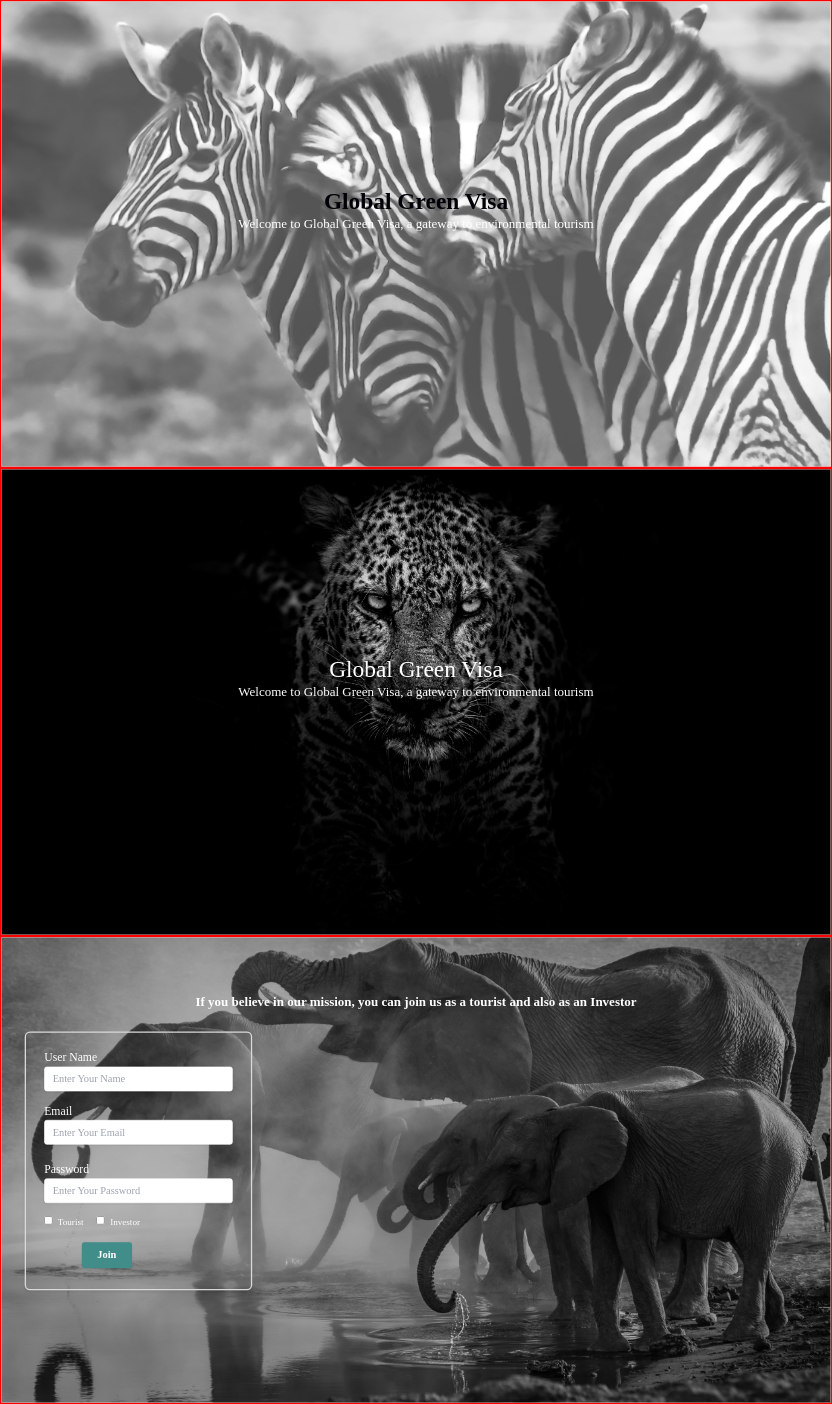
Repository: BrightonMboya/ggv-landingPage
Page: /
An editor plug-in stored every save of this project. The page is shown before and after the next save, followed by the edit.
The browser window is 1280 px wide. The pictures show the whole page, at 65% of full size.
The project was rebuilt for these pictures with package versions that can differ from the ones it lists, and the page was loaded fresh each time. The framework's server and built-in components were replaced by stand-ins that run in the browser. Also part of the build but not shown: next.config.js.

Above is the page before, as saved 2022-06-14 11:24:24.

### pages/index.js
import React from "react";
import styles from "../styles/Home.module.css";
import HomePage from "./HomePage";
import AboutUs from "./AboutUs";
import Contactus from "./Contactus";

// const index = () => {
//   return (
//     <React.Fragment>
//       <div className={`${styles.global} ${styles.container}`}>
//         <section className={`${styles.section}`}>
//           <HomePage />
//         </section>
//         <section className={`${styles.section}`}>
//           <AboutUs />
//         </section>
//         <section className={`${styles.section} ${styles.three}`}>
//           <Contactus />
//         </section>
//       </div>
//     </React.Fragment>
//   );
// };

const index = () => {
  return (
    <React.Fragment>
      {/* <div className={styles.global}>
        <div className={styles.container}>
          <section className={`${styles.section}`}>
            <HomePage />
          </section>
          <section className={`${styles.section} ${styles.two}`}>
            <AboutUs />
          </section>
          <section className={styles.section}>
            <Contactus />
          </section>
        </div>
      </div> */}

      <HomePage />
      <AboutUs />
      <Contactus />
    </React.Fragment>
  );
};

export default index;

### styles/globals.css
@tailwind base;
@tailwind components;
@tailwind utilities;

@layer base {
  html {
    font-family: Syne;
  }
}

### styles/Home.module.css
.global {
  margin: 0;
  padding: 0;
  box-sizing: border-box;
  font-family: "Syne";
  /* border: 2px solid yellow; */
}
.section {
  /* height: 100vh; */
  display: flex;
  justify-content: center;
  align-items: center;
  scroll-snap-align: start;
}

.container {
  scroll-snap-type: y mandatory;
  overflow-y: scroll;
  height: 100vh;
}

.bgWrap {
  position: fixed;
  /* height: 100vh; */
  /* min-height: 80vh; */
  width: 100vw;
  overflow: hidden;
  z-index: -1;
  height: 100vh;
}

.bg {
  /* max-width: 100%; */
  position: relative;
  /* opacity: 0.1; */
  background: linear-gradient(
    to bottom-right,
    rgba(0, 1, 7, 0.7),
    rgb(78, 77, 77, 0.7)
  );
  border: 2px solid red;
  /* height: 100vh; */
}

.content {
  display: inline-block;
  position: absolute;
  left: 50%;
  top: 45%;
  width: 100%;
  transform: translate(-50%, -50%);
}

@media (max-width: 480px) {
  .content p {
    margin: 0 auto;
    max-width: 400px;
  }
}

.two {
  background: rgb(211, 79, 79);
  background: linear-gradient(
      to bottom right,
      rgba(0, 1, 7, 0.7),
      rgb(78, 77, 77, 0.7)
    ),
    url("../public/about.jpg");
  background-size: cover;
  background-repeat: no-repeat;
  background-position: center;
  font-size: 45px;
  line-height: 65px;
  text-align: center;
  color: #ffffff;
}

### pages/HomePage.js
import React from "react";
import styled from "styled-components";
import Head from "next/head";
import styles from "../styles/Home.module.css";
import Image from "next/image";

const HomePage = () => {
  return (
    <div className="">
      <div className={`${styles.bgWrap} ${styles.bg}`}>
        <Image
          src="/home.jpg"
          layout="fill"
          // width={900}
          // height={800}
          objectFit="cover"
          quality={100}
          style={{ opacity: 0.7 }}
        />

        <div className={styles.content}>
          <h2 className="text-black lg:text-4xl text-center text-7xl font-semibold">
            Global Green Visa
          </h2>
          <p className="text-white lg:text-xl text-center text-2xl">
            Welcome to Global Green Visa, a gateway to environmental tourism
          </p>
        </div>
      </div>
    </div>
  );
};
export default HomePage;

// className="absolute lg:top-[50%] top-[6%]"
// className="lg:justify-center lg:items-center sm:h-0 lg:flex lg:h-[100vh]"

### pages/AboutUs.js
import Image from "next/image";
import styles from "../styles/Home.module.css";
import styled from "styled-components";
import Head from "next/head";
// import home from "./assets/home.jpg";

const AboutUs = () => {
  return (
    <div className={styles.global}>
      <div className={`${styles.bgWrap} ${styles.bg}`}>
        <Image
          src="/about.jpg"
          layout="fill"
          // width={900}
          // height={800}
          objectFit="cover"
          quality={100}
        />
        <div className={styles.content}>
          <h2 className="text-white lg:text-4xl text-center text-2xl">
            Global Green Visa
          </h2>
          <p className="text-white lg:text-xl text-center text-md">
            Welcome to Global Green Visa, a gateway to environmental tourism
          </p>
        </div>
      </div>
    </div>
  );
};
export default AboutUs;

### pages/Contactus.js
import React from "react";
import Image from "next/image";
import styles from "../styles/Home.module.css";
import { useState } from "react";

const Contactus = () => {
  const [enteredName, setEnteredName] = useState("");
  const [enteredPassword, setEnteredPassword] = useState("");
  const [enteredMessage, setEnteredMessage] = useState("");

  const nameChangeHandler = (event) => {
    setEnteredName(event.target.value);
  };

  const passwordChangeHandler = (event) => {
    setEnteredPassword(event.target.value);
  };

  const messageChangeHandler = (event) => {
    setEnteredMessage(event.target.value);
  };

  const submitHandler = (event) => {
    event.preventDefault();
  };
  return (
    <div className="">
      <div className={`${styles.bgWrap} ${styles.bg}`}>
        <Image
          src="/contact.jpg"
          layout="fill"
          // width={900}
          // height={800}
          objectFit="cover"
          quality={100}
        />
        <div className="flex items-center justify-center text-white">
          <div className={styles.content}>
            <h3 className="text-lg font-semibold md:text-xl text-center px-5">
              If you believe in our mission, you can join us as a tourist and
              also as an Investor
            </h3>
            <div className="max-w-xs md:max-w-[350px] ml-[5vh] mt-8 flex items-center justify-center">
              <form
                onSubmit={submitHandler}
                className="shadow-md rounded-lg px-7 pt-6 pb-8 mb-4 border-gray border-2"
              >
                <div className="mb-4">
                  <label className="text-lg">User Name</label>
                  <input
                    type="text"
                    value={enteredName}
                    onChange={nameChangeHandler}
                    placeholder="Enter Your Name"
                    className="shadow appearance-none border rounded w-full py-2 px-3 text-gray-700 leading-tight focus:outline-none focus:shadow-outline"
                  />
                </div>
                <div className="mb-6">
                  <label className="text-lg">Email</label>
                  <input
                    type="email"
                    className="shadow appearance-none border rounded w-full py-2 px-3 text-gray-700 leading-tight focus:outline-none focus:shadow-outline"
                    onChange={passwordChangeHandler}
                    placeholder="Enter Your Email"
                    value={enteredPassword}
                  />
                </div>

                <div>
                  <label className="text-lg">Password</label>
                  <input
                    type="text"
                    className="shadow appearance-none border rounded w-full py-2 px-3 text-gray-700 leading-tight focus:outline-none focus:shadow-outline"
                    placeholder="Enter Your Password"
                    value={enteredMessage}
                    onChange={messageChangeHandler}
                  />
                </div>
                <div className="flex items-center mt-4">
                  <div>
                    <input type="checkbox" className="mr-2 leading-tight" />
                    <span className="text-sm text-center">Tourist</span>
                  </div>
                  <div className="ml-5">
                    <input type="checkbox" className="mr-2 leading-tight" />
                    <span className="text-sm text-center">Investor</span>
                  </div>
                </div>

                <div className="mt-5 ml-[8vh]">
                  <button className="shadow bg-green focus:shadow-outline focus:outline-none text-white font-bold py-2 px-6 rounded">
                    Join
                  </button>
                </div>
              </form>
            </div>
          </div>
        </div>
      </div>
    </div>
  );
};

export default Contactus;

### tailwind.config.js
module.exports = {
  content: [
    "./pages/**/*.{js,ts,jsx,tsx}",
    "./components/**/*.{js,ts,jsx,tsx}"
  ],
  theme: {
    extend: {
      colors: {
        black: "#000107",
        slate: "#E3F1EF",
        green: "#418D89",
        gray: "#D9D9D9"
      },
      fontFamily: {
        Syne: ["Syne", "sans-serif"]
      }
    }
  },
  plugins: []
};

Loaded but not shown: pages/_app.js (common file)

After the next save:
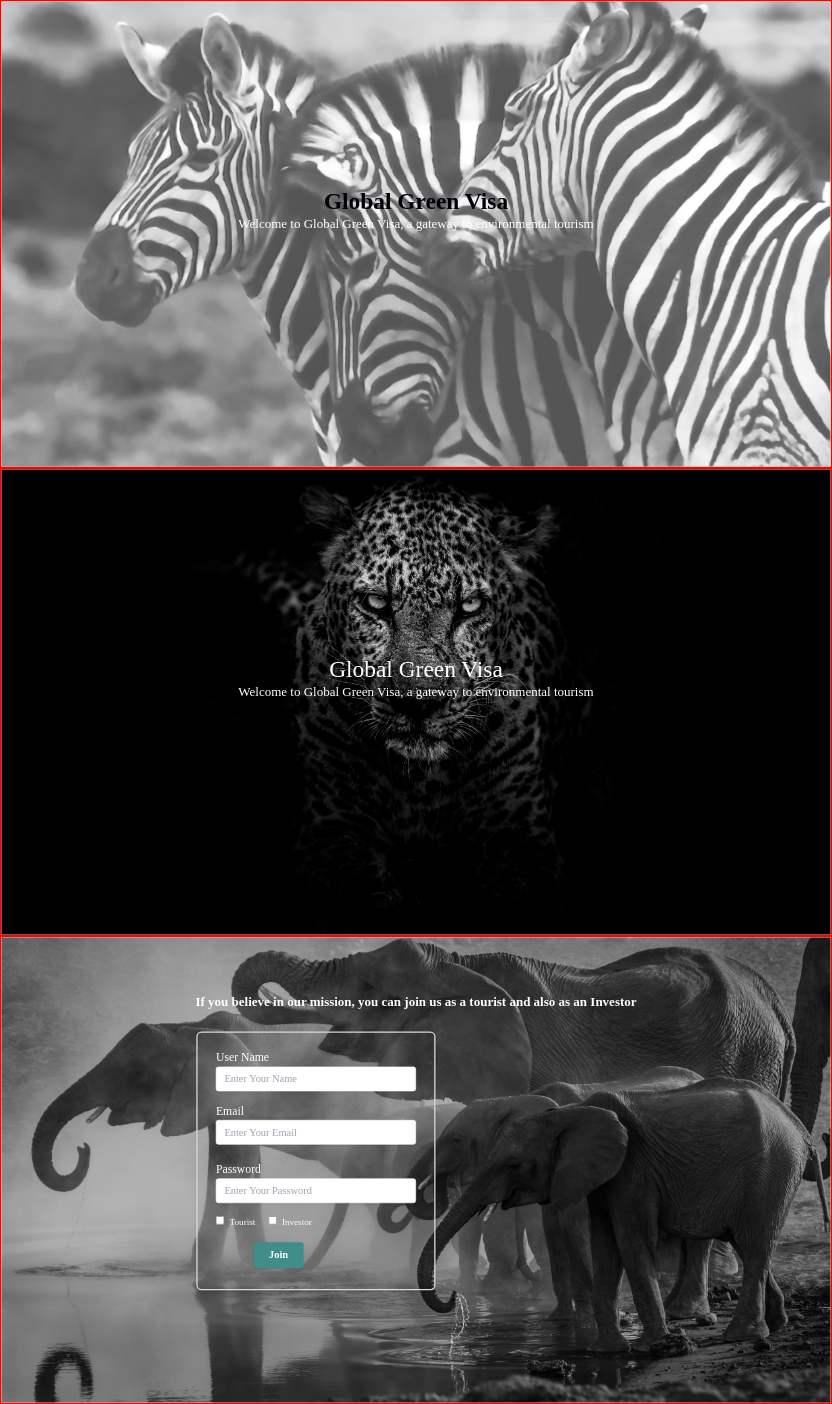
Saved 32 s later.
--- a/pages/Contactus.js
+++ b/pages/Contactus.js
@@ -40,7 +40,7 @@ const Contactus = () => {
               If you believe in our mission, you can join us as a tourist and
               also as an Investor
             </h3>
-            <div className="max-w-xs md:max-w-[350px] ml-[5vh] mt-8 flex items-center justify-center">
+            <div className="max-w-xs md:max-w-4xl ml-[5vh] mt-8 flex items-center justify-center">
               <form
                 onSubmit={submitHandler}
                 className="shadow-md rounded-lg px-7 pt-6 pb-8 mb-4 border-gray border-2"
